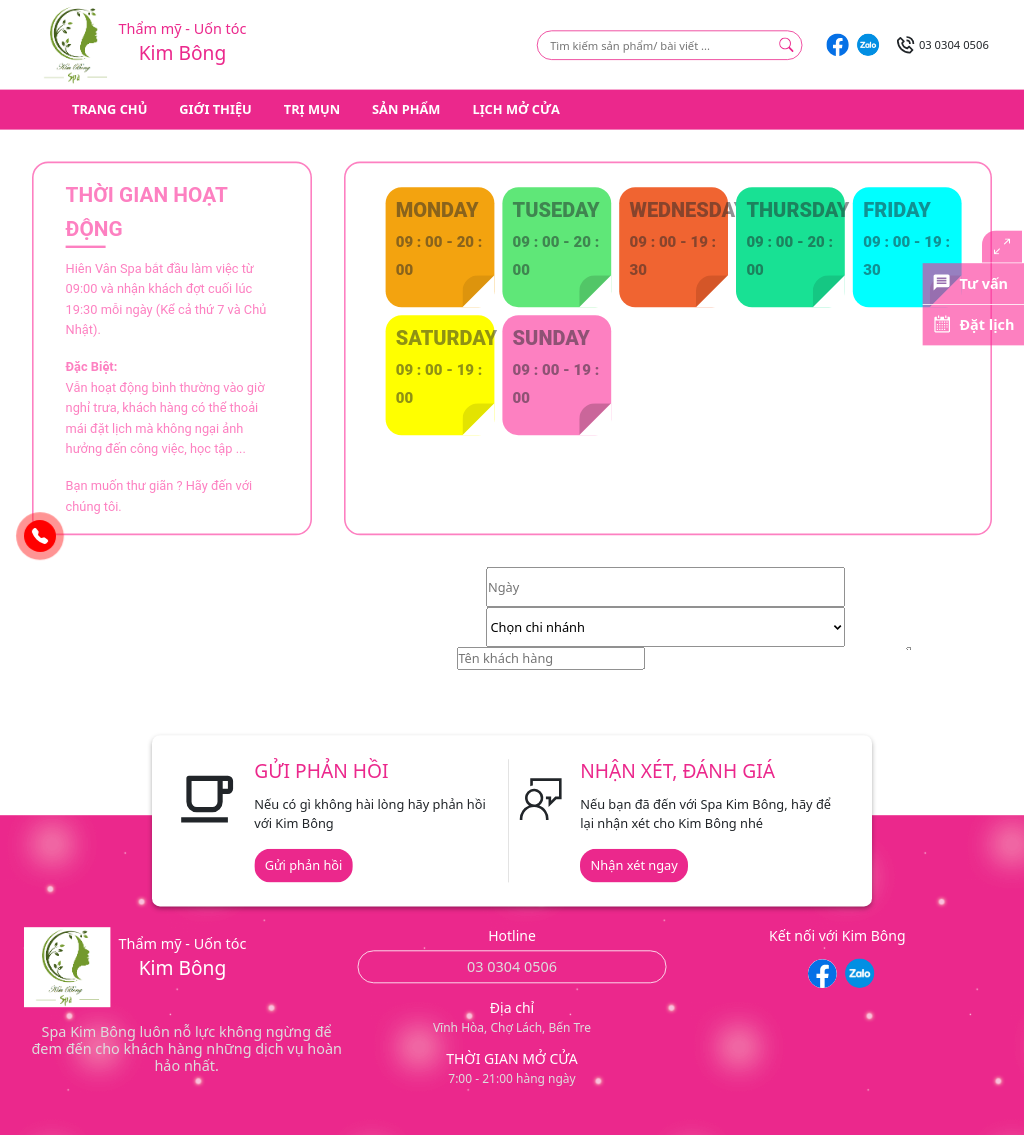
Repository: tranduykhuong/SpaKimBong
Page: /calendar
The author's editor kept a copy of each file at every save. The page is drawn from the files as they stood at one save, then again after the next save.
The browser window is 1280 px wide. The pictures show the whole page, at 80% of full size.
The project was rebuilt for these pictures with package versions that can differ from the ones it lists, and the page was loaded fresh each time. Also part of the build but not shown: src/components/Banner/banner.scss, src/components/Banner/Banner.js, src/pages/Home/home.scss, src/pages/Home/ListImage/listImage.scss, src/pages/Home/ListImage/ListImage.js, src/pages/Home/BookOnline/bookOnl.scss, src/pages/Home/BookOnline/Modal/ModalBook/modalbook.scss, src/pages/Home/BookOnline/Modal/ModalBook/modalbook.js and 24 more.

Above is the page before, as saved 2022-06-07 22:44:03.

### src/components/ContactToolbox/ContactToolbox.js
import React, { useState } from "react";
import "./contactToolbox.scss";
import { MdMessage } from "react-icons/md";
import { GoCalendar } from "react-icons/go";
import { BsArrowsAngleExpand } from "react-icons/bs";

const ContactToolbox = () => {
  const [hidden, setHidden] = useState(false);

  return (
    <div className="contactFixed">
      <div className="toolboxScroll" onClick={() => setHidden((prev) => !prev)}>
        <BsArrowsAngleExpand className="iconArrow" />
      </div>
      <div className={"toolboxList " + (hidden ? "hidden" : "open")}>
        <div className="advise toolboxItem">
          <MdMessage className="iconMessage" />
          <p>Tư vấn</p>
        </div>
        <div className="book toolboxItem">
          <GoCalendar className="iconCalendar" />
          <p>Đặt lịch</p>
        </div>
      </div>
    </div>
  );
};

export default ContactToolbox;

### src/components/BackToTop/BackToTop.js
import React, { useEffect, useState } from "react";
import "./backToTop.scss";
import { FaRegArrowAltCircleUp } from "react-icons/fa";

const BackToTop = () => {
  const [clicked, setClick] = useState(true);
  const [hiddenArrow, setHiddenArrow] = useState(true);

  useEffect(() => {
    const handleScroll = () => {
      if (window.scrollY > 550) setHiddenArrow(false);
      else setHiddenArrow(true);
    };
    window.addEventListener("scroll", handleScroll);
    return () => {
      window.removeEventListener("scroll", handleScroll);
    };
  }, []);

  useEffect(() => {
    window.scrollTo(0, 0);
  }, [clicked]);

  return (
    <div
      className={"backToTop " + (hiddenArrow ? "" : "show")}
      onClick={() => setClick((prev) => !prev)}
    >
      <FaRegArrowAltCircleUp className="icon" />
    </div>
  );
};

export default BackToTop;

### src/components/PhoneTool/PhoneTool.js
import React from "react";
import "./phoneTool.scss";
import { BsFillTelephoneFill } from "react-icons/bs";

const PhoneTool = () => {
  return (
    <div className="phoneTool">
      <div className="phone">
        <BsFillTelephoneFill className="iconPhone" />
      </div>
      <div className="circle"></div>
    </div>
  );
};

export default PhoneTool;

### src/components/Header/header.scss
@import '../../SCSS/base/variables.scss';
$height-navbar: 5rem;

.header {
    .mg-navbar {
        margin-bottom: $height-navbar;
    }

    .infor {
        max-width: 1200px;
        padding: .6rem 0;
        display: flex;
        justify-content: space-between;
        margin: 0 auto;

        .logo {
            display: flex;
            flex: 1;

            img {
                height: 10rem;
            }

            .nameSpa {
                color: $main-color;
                margin: auto 0;

                h4 {
                    font-size: 1.8rem;
                    font-weight: 500;
                }

                h2 {
                    font-size: 2.4rem;
                }
            }
        }


        .search {
            margin: auto 0;
            border-radius: 50px;
            border: solid .1rem $main-color;
            height: 37px;
            display: flex;

            input {
                font-size: 1.4rem;
                margin: auto 16px;
                min-width: 26rem;
                border: none;
                outline: none;
            }

            .icon {
                margin: auto 10px;
                cursor: pointer;
            }

            .iconSearch {
                width: 1.8rem;
                height: 1.8rem;
                color: $main-color;

                &:hover {
                    color: #f867b2;
                }
            }
        }

        .contact {
            display: flex;
            margin-left: 20px;

            .icon {
                margin: auto 0;
                margin-left: 10px;

            }

            .iconFacebook {
                width: 2.8rem;
                height: 2.8rem;
                color: rgba($color: #0570e6, $alpha: 1.0);
            }

            .iconZalo {
                width: 2.8rem;
                height: 2.8rem;
                border-radius: 50%;
            }

            .phone {
                margin: auto 0;
                margin-left: 20px;
                display: flex;

                .iconPhone {
                    width: 2.6rem;
                    height: 2.6rem;
                }

                h3 {
                    font-size: 1.4rem;
                    font-weight: 500;
                    margin: auto 4px;
                }
            }

        }
    }

    .fixedNavbar {
        position: fixed;
        top: 0;
        left: 0;
        z-index: 50;
        width: 100%;
        animation: fixedNavbar 1s forwards;
    }

    @keyframes fixedNavbar {
        from {
            top: -5rem;
            opacity: 0;
        }

        to {
            top: 0;
            opacity: 1;
        }
    }

    .myNavbar {
        height: $height-navbar;
        background-color: $main-color;

        .navbarContent {
            max-width: 1200px;
            margin: 0 auto;

            .navbarList {
                display: flex;
                margin: 0 1rem;
                // justify-content: space-evenly;

                li {
                    list-style: none;

                    a {
                        line-height: $height-navbar;
                        height: $height-navbar;
                        display: block;
                        color: #fff;
                        font-size: 1.6rem;
                        font-weight: 600;
                        text-decoration: none;
                        padding: 0 2rem;
                    }

                    &:hover {
                        background-color: #f844a1;
                        cursor: pointer;
                    }
                }

                .active {
                    background-color: #dd0876;
                }
            }
        }
    }
}

### src/components/ContactToolbox/contactToolbox.scss
.contactFixed {
    position: fixed;
    top: 50%;
    transform: translateY(-50%);
    right: 0;
    z-index: 100;
    cursor: pointer;

    .toolboxScroll {
        border-top-left-radius: 1.8rem;
        background-color: rgba($color: #fc2c97, $alpha: 0.6);
        width: 5rem;
        padding: 1rem;
        color: #fff;
        transform: translateX(149%);
        border-bottom: 1px solid #fff;

        .iconArrow {
            width: 2rem;
            height: 2rem;
        }
    }

    .toolboxList {
        background-color: rgba($color: #fc2c97, $alpha: 0.6);


        .toolboxItem {
            display: flex;
            padding: 1.2rem;
            color: #fff;

            p {
                font-size: 1.8rem;
                margin: 0;
                padding-left: 1rem;
                font-weight: 600;
            }
        }

        .advise {
            border-bottom: 1px solid #fff;

            .iconMessage {
                width: 2.4rem;
                height: 2.4rem;
            }
        }

        .book {

            .iconCalendar {
                width: 2.4rem;
                height: 2.4rem;
            }
        }
    }

    .hidden {
        animation: toRight 0.8s linear forwards;
    }

    .open {
        animation: toLeft 0.8s linear backwards;
    }

    @keyframes toRight {
        to {
            transform: translateX(62%);
        }
    }

    @keyframes toLeft {
        from {
            transform: translateX(62%);

        }

        to {
            transform: translateX(0);
        }
    }
}

### src/components/BackToTop/backToTop.scss
.backToTop {
    position: fixed;
    bottom: 2rem;
    right: 2rem;
    z-index: 100;
    display: none;

    .icon {
        width: 4rem;
        height: 4rem;
        color: #fa72b8;
        cursor: pointer;
    }
}

.show {
    animation: FadeIn 0.8s forwards;
    display: block;

    @keyframes FadeIn {
        from {
            bottom: 0;
        }

        to {
            bottom: 2rem;
        }
    }
}

### src/components/PhoneTool/phoneTool.scss
.phoneTool {
    position: fixed;
    width: 6rem;
    height: 6rem;
    left: 1rem;
    border-radius: 50%;
    bottom: 3rem;
    z-index: 100;
    cursor: pointer;

    .phone {
        position: absolute;
        z-index: 5;
        top: 34%;
        left: 34%;
        background-color: red;
        padding: 1rem;
        border-radius: 50%;
        animation: phoneSkin 1s infinite ease-in-out;

        .iconPhone {
            height: 2rem;
            width: 2rem;
            color: #fff;

        }

        @keyframes phoneSkin {
            0% {
                transform: rotate(0) scale(1) skew(1deg);
            }

            10% {
                transform: rotate(-25deg) scale(1) skew(1deg);
            }

            20% {
                transform: rotate(25deg) scale(1) skew(1deg);
            }

            30% {
                transform: rotate(-25deg) scale(1) skew(1deg);
            }

            40% {
                transform: rotate(25deg) scale(1) skew(1deg);
            }

            50% {
                transform: rotate(0) scale(1) skew(1deg);
            }

            100% {
                transform: rotate(0) scale(1) skew(1deg);
            }
        }
    }

    .circle {
        position: absolute;
        width: 6rem;
        height: 6rem;
        border-radius: 50%;
        top: 16%;
        left: 16%;
        background-color: rgba($color: rgb(255, 42, 42), $alpha: 0.5);
        animation: zoom 1s infinite;

        @keyframes zoom {
            0% {
                transform: scale(0.9);
            }

            70% {
                transform: scale(1);
                box-shadow: 0 0 0 15px transparent;
            }

            100% {
                transform: scale(0.9);
                box-shadow: 0 0 0 0 transparent;
            }
        }
    }
}

### src/pages/Calendar/calendar.scss
.container-calendar {
  .container-bg-calendar {
    .calendar {
      display: flex;
      width: 100%;
      text-align: left;
      padding: 4rem;
      font-family: "Roboto", sans-serif;

      .calendar-content {
        width: 30%;
        border: solid 2px #fd80c1;
        // border-bottom-left-radius: 20px;
        // border-top-left-radius: 20px;
        // border-top-right-radius: 20px;
        border-radius: 20px;
        padding: 2rem 4rem 0;
        margin-right: 4rem;
        h3 {
          margin: 0 0 13px;
          color: #fd80c1;
          font-size: 26px;
          font-weight: bold;
          line-height: 1.6;
        }

        h3:after {
          content: "";
          display: block;
          width: 5rem;
          height: 0.25rem;
          background: #fd80c1;
        }

        #special {
          color: #fd80c1;
          font-size: 16px;
          line-height: 1.6;
          margin-bottom: 0;
        }

        p {
          margin: 0 0 21px;
          color: #fd80c1;
          font-size: 16px;
          line-height: 1.6;
        }
      }

      .calendar-boxs-day {
        width: 70%;
        border: solid 2px #fd80c1;
        border-radius: 20px;
        padding: 3rem 0 2rem 5rem;

        .calendar-boxs {
          display: flex;
          width: 100%;
          flex-wrap: wrap;

          .calendar-box {
            margin: 0 1rem 1rem 0;
            width: 18%;
            height: 15rem;
            // border: solid 2px #fd80c1;
            // border-bottom-right-radius: 2rem;

            // margin: 10px;
            // width: 300px;
            // height: 200px;
            background-color: #eee;
            border-radius: 20px;
            position: relative;

            p {
              font: 40px "Roboto", sans-serif;
              font-weight: 600;
              opacity: 0.5;
              padding-left: 1.3rem;
              margin-bottom: 0;
            }
          }
          .box1 {
            background-color: rgb(243, 163, 15);

            .times {
              font: 30px "Roboto", sans-serif;
              font-weight: 600;
              opacity: 0.5;
              padding-left: 1.3rem;
              margin-bottom: 0;
            }
          }
          .box1:before {
            content: "";
            position: absolute;
            bottom: 0;
            right: 0;
            border-top: 4rem solid rgb(221, 148, 13);
            border-right: 4rem solid transparent;
            border-left: 0 solid transparent;
            border-top-left-radius: 20px;
          }
          .box1:after {
            content: "";
            position: absolute;
            bottom: 0;
            right: 0;
            border-bottom: 4rem solid white;
            border-left: 4rem solid transparent;
          }

          .box2 {
            background-color: rgb(95, 231, 120);

            .times {
              font: 30px "Roboto", sans-serif;
              font-weight: 600;
              opacity: 0.5;
              padding-left: 1.3rem;
              margin-bottom: 0;
            }
          }
          .box2:before {
            content: "";
            position: absolute;
            bottom: 0;
            right: 0;
            border-top: 4rem solid rgb(82, 198, 103);
            border-right: 4rem solid transparent;
            border-left: 0 solid transparent;
            border-top-left-radius: 20px;
          }
          .box2:after {
            content: "";
            position: absolute;
            bottom: 0;
            right: 0;
            border-bottom: 4rem solid white;
            border-left: 4rem solid transparent;
          }

          .box3 {
            background-color: rgb(240, 100, 49);

            .times {
              font: 30px "Roboto", sans-serif;
              font-weight: 600;
              opacity: 0.5;
              padding-left: 1.3rem;
              margin-bottom: 0;
            }
          }
          .box3:before {
            content: "";
            position: absolute;
            bottom: 0;
            right: 0;
            border-top: 4rem solid rgb(212, 86, 40);
            border-right: 4rem solid transparent;
            border-left: 0 solid transparent;
            border-top-left-radius: 20px;
          }
          .box3:after {
            content: "";
            position: absolute;
            bottom: 0;
            right: 0;
            border-bottom: 4rem solid white;
            border-left: 4rem solid transparent;
          }

          .box4 {
            background-color: rgb(24, 225, 148);

            .times {
              font: 30px "Roboto", sans-serif;
              font-weight: 600;
              opacity: 0.5;
              padding-left: 1.3rem;
              margin-bottom: 0;
            }
          }
          .box4:before {
            content: "";
            position: absolute;
            bottom: 0;
            right: 0;
            border-top: 4rem solid rgb(21, 199, 131);
            border-right: 4rem solid transparent;
            border-left: 0 solid transparent;
            border-top-left-radius: 20px;
          }
          .box4:after {
            content: "";
            position: absolute;
            bottom: 0;
            right: 0;
            border-bottom: 4rem solid white;
            border-left: 4rem solid transparent;
          }

          .box5 {
            background-color: aqua;

            .times {
              font: 30px "Roboto", sans-serif;
              font-weight: 600;
              opacity: 0.5;
              padding-left: 1.3rem;
              margin-bottom: 0;
            }
          }
          .box5:before {
            content: "";
            position: absolute;
            bottom: 0;
            right: 0;
            border-top: 4rem solid rgb(0, 213, 213);
            border-right: 4rem solid transparent;
            border-left: 0 solid transparent;
            border-top-left-radius: 20px;
          }
          .box5:after {
            content: "";
            position: absolute;
            bottom: 0;
            right: 0;
            border-bottom: 4rem solid white;
            border-left: 4rem solid transparent;
          }

          .box6 {
            background-color: yellow;

            .times {
              font: 30px "Roboto", sans-serif;
              font-weight: 600;
              opacity: 0.5;
              padding-left: 1.3rem;
              margin-bottom: 0;
            }
          }
          .box6:before {
            content: "";
            position: absolute;
            bottom: 0;
            right: 0;
            border-top: 4rem solid rgb(227, 227, 1);
            border-right: 4rem solid transparent;
            border-left: 0 solid transparent;
            border-top-left-radius: 20px;
          }
          .box6:after {
            content: "";
            position: absolute;
            bottom: 0;
            right: 0;
            border-bottom: 4rem solid white;
            border-left: 4rem solid transparent;
          }

          .box7 {
            background-color: #fd80c1;

            .times {
              font: 30px "Roboto", sans-serif;
              font-weight: 600;
              opacity: 0.5;
              padding-left: 1.3rem;
              margin-bottom: 0;
            }
          }
          .box7:before {
            content: "";
            position: absolute;
            bottom: 0;
            right: 0;
            border-top: 4rem solid #ca669a;
            border-right: 4rem solid transparent;
            border-left: 0 solid transparent;
            border-top-left-radius: 20px;
          }
          .box7:after {
            content: "";
            position: absolute;
            bottom: 0;
            right: 0;
            border-bottom: 4rem solid white;
            border-left: 4rem solid transparent;
          }
        }
      }
    }

    .book-calendar {
      display: flex;
      width: 100%;

      .book-calendar-content {
        width: 30%;
      }

      .book-calendar-form {
        width: 70%;
        text-align: center;

        .day-book {
          input{
            font-size: 16px;
            width: 50%;
            height: 5rem;
          }
        }

        .branch {
          select{
            font-size: 16px;
            width: 50%;
            height: 5rem;

            option{
              font-size: 16px;
            }
          }
        }

        .name-tel {
          display: flex;
          width: 100%;

          .name-cus {
            font-size: 16px;
            width: 106%;
            height: 5rem;
          }

          .tel-cus {
            width: 50%;
          }
        }
      }
    }
  }
}

### src/SCSS/base/variables.scss
$main-color: #eb288c;
$text-color: #444;
$title-color: #fff;

### src/components/Footer/footer.scss
@import '../../SCSS/base/variables.scss';

.footer {
    background-image: url(../../../public/img/sparkle1.png), url(../../../public/img/sparkle2.png);
    width: 100%;
    height: 400px;
    background-color: $main-color;
    animation: sparkle 60s linear infinite;
    padding: 14rem 3rem 0;
    display: flex;
    justify-content: space-around;
    position: relative;
    margin-top: 16rem;

    .logo {
        flex: 1;

        .info {
            display: flex;

            img {
                height: 10rem;
            }

            .nameSpa {
                color: $title-color;
                margin: 1rem;

                h4 {
                    font-size: 1.8rem;
                    font-weight: 500;
                }

                h2 {
                    font-size: 2.4rem;
                }
            }
        }

        h5 {
            margin: 2rem .6rem;
            font-size: 1.8rem;
            font-weight: 400;
            color: #ddd;
        }
    }

    .contact {
        flex: 1;
        text-align: center;

        h3 {
            margin-bottom: 1.8rem;
            color: $title-color;
        }

        .icon {
            margin: auto 0;
            margin-left: 10px;

        }

        .iconFacebook {
            width: 3.6rem;
            height: 3.6rem;
            color: rgba($color: #0570e6, $alpha: 1.0);
            background-color: $title-color;
            border-radius: 50%;
        }

        .iconZalo {
            width: 3.7rem;
            height: 3.7rem;
            border-radius: 50%;
        }
    }

    .address {
        color: #ddd;
        flex: 1;
        text-align: center;

        h3 {
            // margin-bottom: 2rem;
            color: $title-color;
        }

        h4 {
            margin-bottom: 2rem;
        }

        .hotline {
            padding: .6rem;
            font-size: 1.8rem;
            margin: .8rem 1rem 2rem;
            border: 1px solid $title-color;
            border-radius: 2rem;

            &:hover {
                color: $title-color;
                cursor: pointer;
            }
        }
    }

    @keyframes sparkle {
        0% {
            background-position: 0px 0px, 0px 0px, 0px 0px;
        }

        100% {
            background-position: -500px -1000px, -400px -400px, 300px 300px;
        }
    }

    .subFooter {
        width: 100%;
        max-width: 90rem;
        min-height: 20rem;
        box-shadow: 0 3px 6px -4px rgba(0, 0, 0, 0.2), 0 3px 6px rgba(0, 0, 0, 0.3);

        background-color: #fff;
        border-radius: 1rem;
        z-index: 50;
        top: -10rem;
        left: 50%;
        transform: translateX(-50%);
        position: absolute;
        display: flex;
        padding: 3rem;
        justify-content: space-around;

        .report,
        .feedback {
            display: flex;
            flex: 1;
            justify-content: center;
            text-align: left;

            h3 {
                text-transform: uppercase;
                font-size: 2.4rem;
                color: $main-color;
            }

            p {
                font-size: 1.6rem;
                padding: 1rem 1.4rem 1rem 0;
            }

            .icon {
                height: 10rem;
                width: 10rem;
                margin-right: 2rem;
            }

            .btn {
                padding: 0.8rem 1.2rem;
                background-color: $main-color;
                border-radius: 2rem;
                font-size: 1.6rem;
                color: #fff;

                &:hover {
                    background-color: #cc1574;
                }
            }
        }

        .report {
            border-right: 1px solid #ddd;
        }

        .feedback {
            margin-left: 1rem;
        }
    }
}

Loaded but not shown: public/index.html (common file); src/index.js (common file); src/index.css (common file); src/reportWebVitals.js (common file); src/App.scss (common file); src/pages/Calendar/Calendar.js (135 lines, source omitted); src/components/Header/Header.js (92 lines, source omitted); src/components/Footer/Footer.js (68 lines, source omitted); src/App.js (35 lines, source omitted)

After the next save:
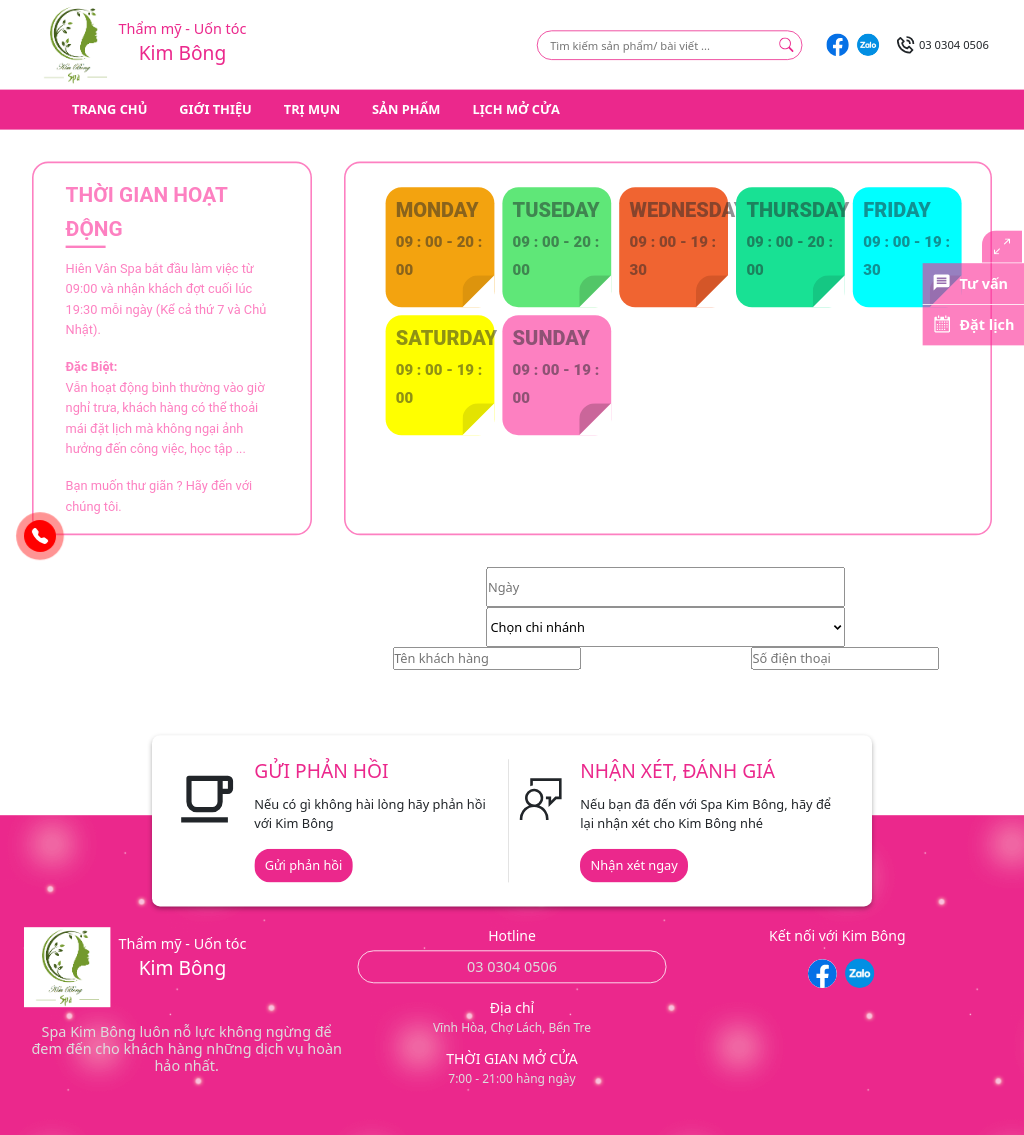
Saved 103 s later.
--- a/src/pages/Calendar/calendar.scss
+++ b/src/pages/Calendar/calendar.scss
@@ -336,7 +336,9 @@
           }
 
           .tel-cus {
-            width: 50%;
+            font-size: 16px;
+            width: 106%;
+            height: 5rem;
           }
         }
       }
